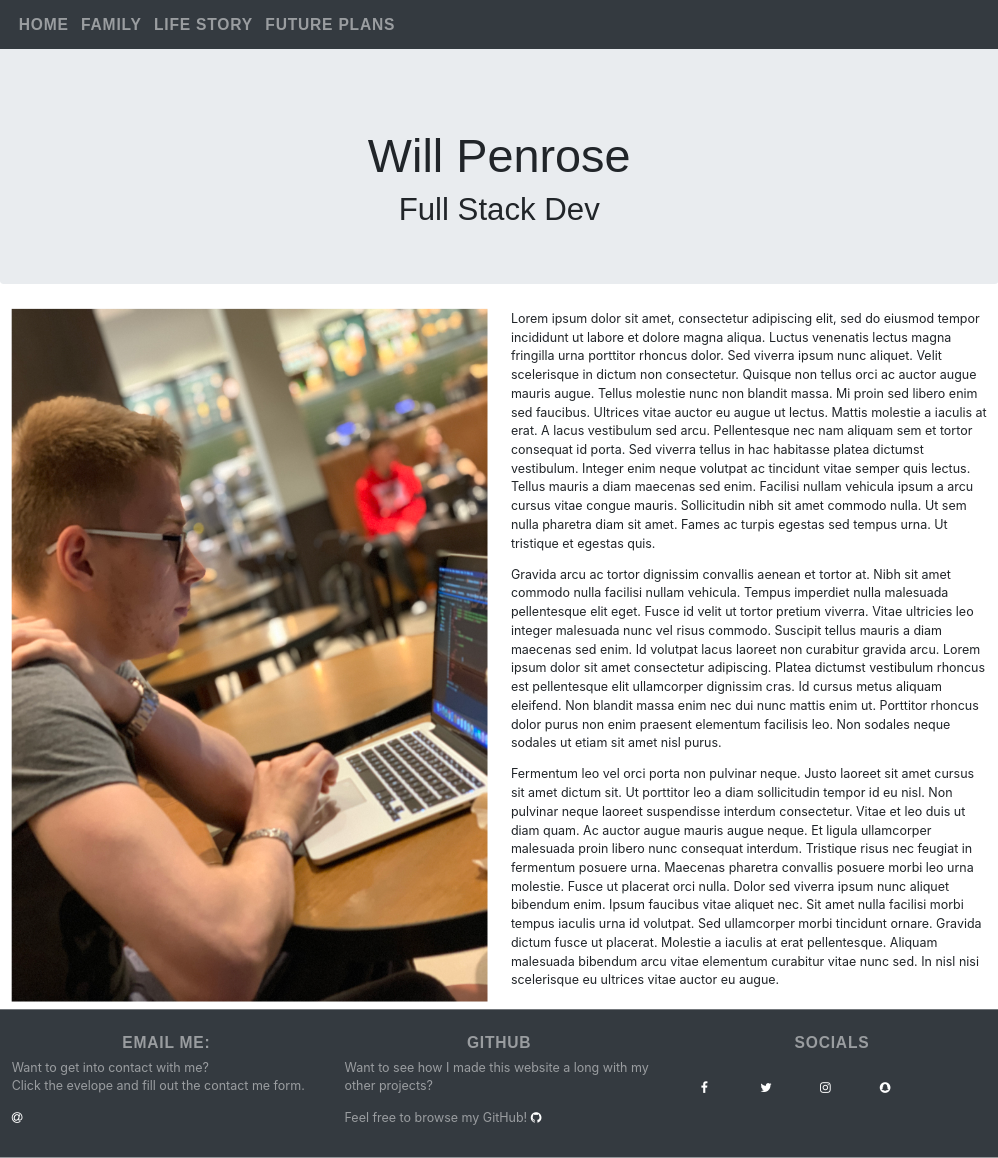
Repository: Code-Institute-Submissions/user-centric-frontend-dev-milestone-project
Page: index.html
The author's editor kept a record of every edit. The page is drawn from the files as they stood at one moment, then again after the next edit.
The browser window is 1280 px wide. The pictures show the whole page, at 78% of full size.
Some web fonts or font styles are not loaded; a fallback is used.

Above is the page before.

After the next edit:
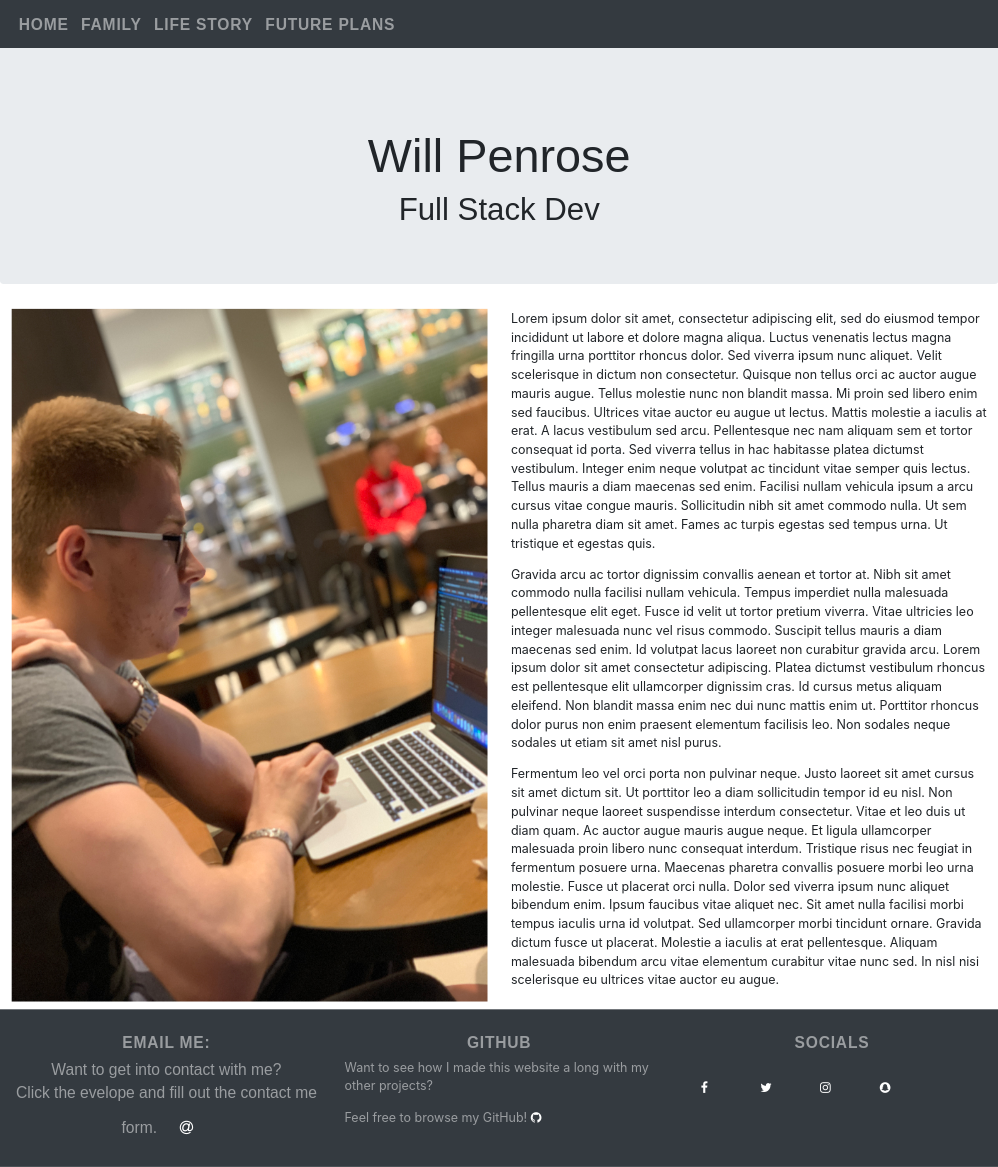
The edit:
--- a/index.html
+++ b/index.html
@@ -85,7 +85,7 @@
             <div class="row">
                 <div class="col-sm-4">
                     <h4 class="footer-section text-uppercase">Email Me:</h4>
-                    <p>
+                    <p class="inline-block footer-paragraph">
                         Want to get into contact with me?<br>
                         Click the evelope and fill out the contact me form.
                         <a href="contact.html" target="_blank">

After the edit that followed:
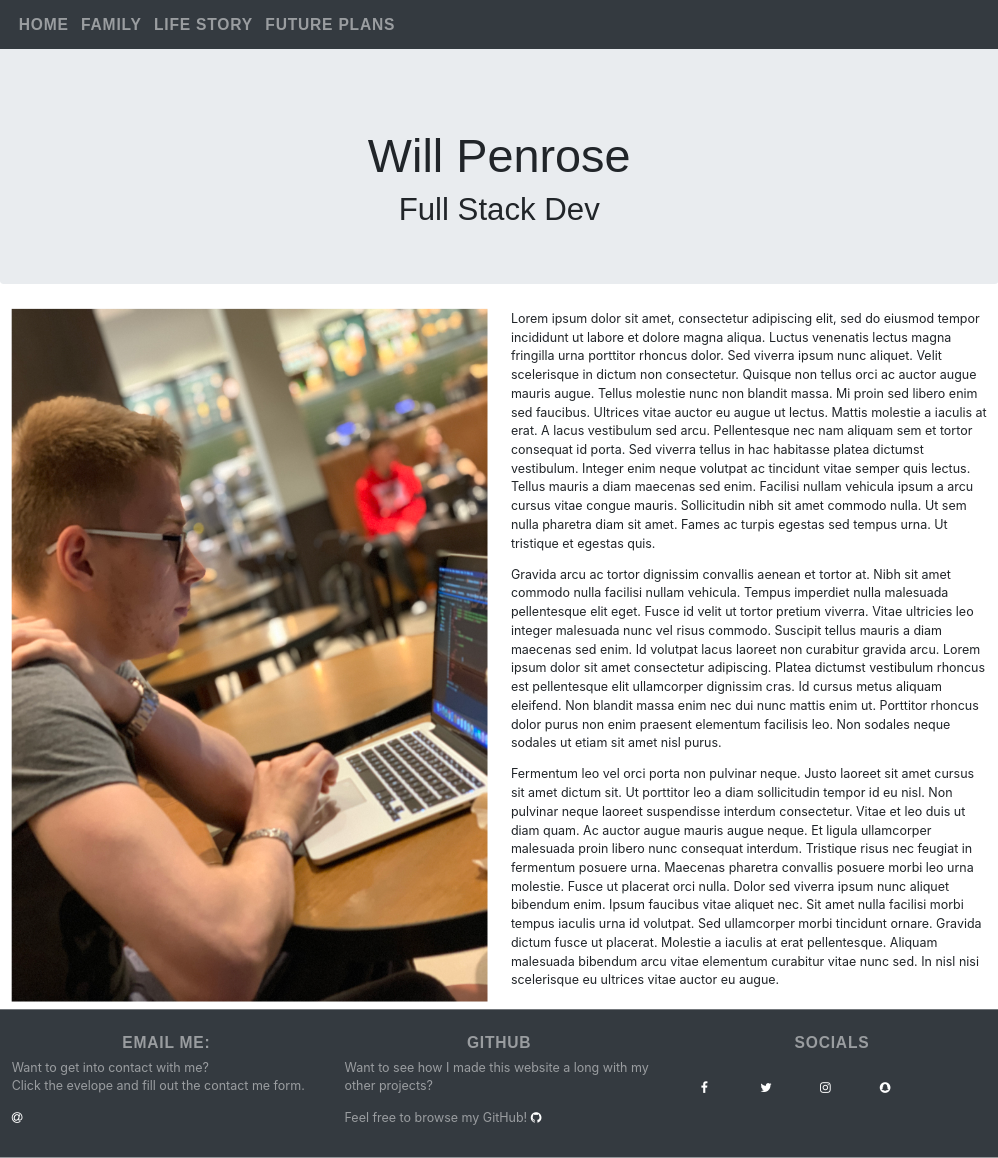
The edit:
--- a/index.html
+++ b/index.html
@@ -85,7 +85,7 @@
             <div class="row">
                 <div class="col-sm-4">
                     <h4 class="footer-section text-uppercase">Email Me:</h4>
-                    <p class="inline-block footer-paragraph">
+                    <p class="inline-block">
                         Want to get into contact with me?<br>
                         Click the evelope and fill out the contact me form.
                         <a href="contact.html" target="_blank">
